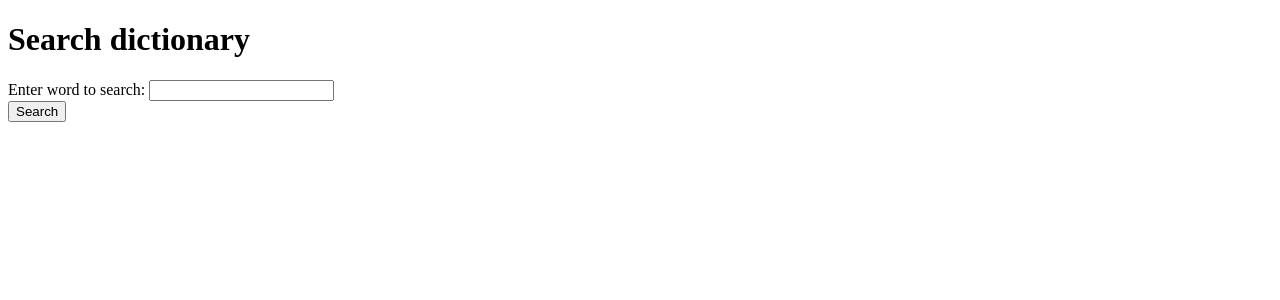
Repository: RobertKiliszewski/Distributed-Systems-Project-2017
Page: http://localhost/job-server/
These files come from the project's save history. The page is drawn as it stood at one moment and after the next save; the edit follows.
The browser window is 1280 px wide. The pictures show the whole page.
The page is served by Tomcat 9.

Above is the page before, as saved 2017-12-22 00:06:51.

After the next save:
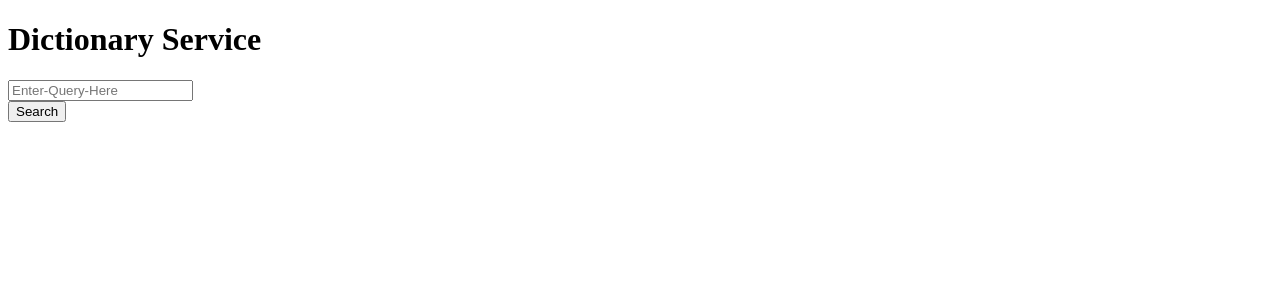
Saved 8 s later.
--- a/job-server/WebContent/lookup.jsp
+++ b/job-server/WebContent/lookup.jsp
@@ -4,15 +4,14 @@
 <html>
 <head>
 <meta http-equiv="Content-Type" content="text/html; charset=ISO-8859-1">
-<title>Insert title here</title>
+<title>Dictionary Search</title>
 </head>
 <body>
 
-<h1>Search dictionary</h1>
+<h1>Dictionary Service</h1>
 <form action="lookup" method="post">
 <div class="form-group">
-  <label>Enter word to search:</label>
-  <input type="text" class="form-control" name="word">
+  <input type="text" class="form-control" name="word" placeholder="Enter-Query-Here">
 </div>
 
 <div class="form-group">
@@ -22,8 +21,10 @@
 </form>
 
 <div class="alert alert-success">
+
    		${messages.description}
-	</div>
+
+</div>
 
 </body>
 </html>
